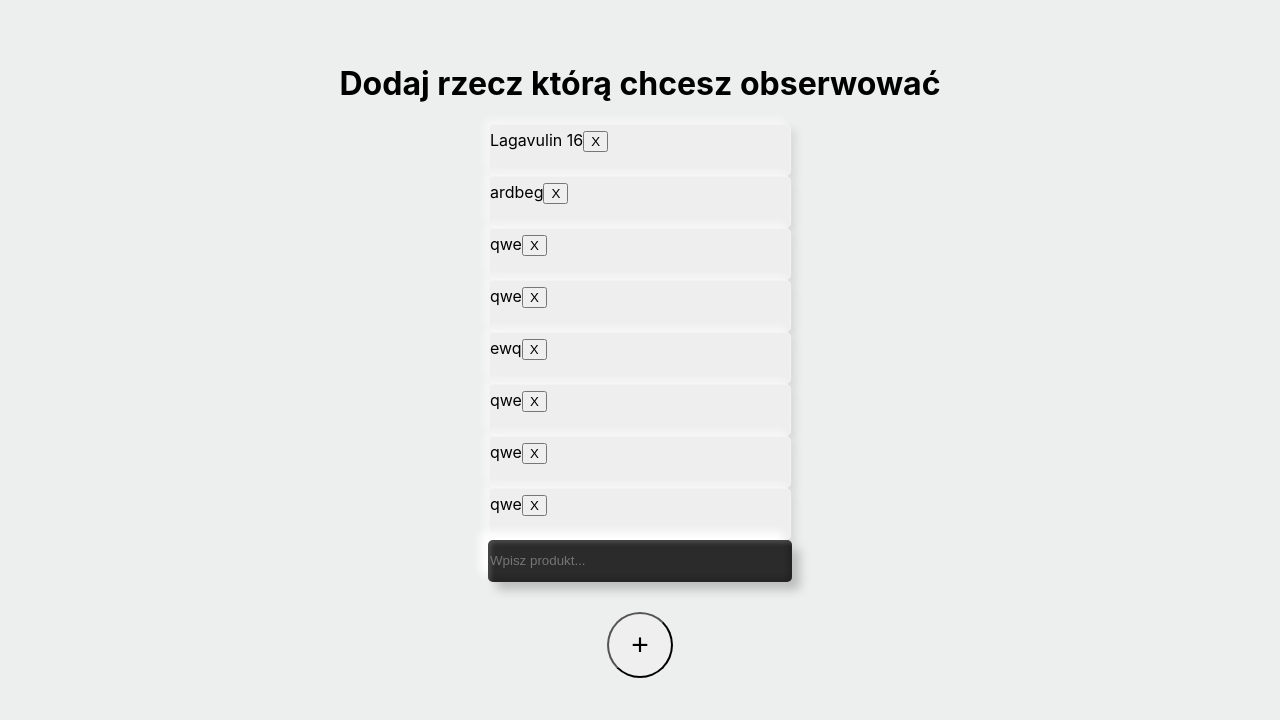
Repository: matedoo/crawler
Page: /MainApp
An editor plug-in stored every save of this project. The page is shown before and after the next save, followed by the edit.
The browser window is 1280 px wide. The pictures show the whole page.
The project was rebuilt for these pictures with package versions that can differ from the ones it lists, and the page was loaded fresh each time. Requests to the local data server were answered from the project's data file. Also part of the build but not shown: src/Components/button.js, src/Components/LoginComponents/LoginApp.js, src/Components/LoginComponents/RegisterApp.js, src/Components/btnContainer.js, src/Components/heading.js, src/Components/LoginComponents/StartApp.js.

Above is the page before, as saved 2020-05-01 18:19:34.

### public/index.html
<!DOCTYPE html>
<html lang="en">
  <head>
    <meta charset="utf-8" />
    <link rel="icon" href="%PUBLIC_URL%/favicon.ico" />
    <meta name="viewport" content="width=device-width, initial-scale=1" />
    <meta name="theme-color" content="#000000" />
    <meta
      name="description"
      content="Web site created using create-react-app"
    />
    <link rel="apple-touch-icon" href="%PUBLIC_URL%/logo192.png" />
    <!--
      manifest.json provides metadata used when your web app is installed on a
      user's mobile device or desktop. See https://developers.google.com/web/fundamentals/web-app-manifest/
    -->
    <link rel="manifest" href="%PUBLIC_URL%/manifest.json" />
    <!--
      Notice the use of %PUBLIC_URL% in the tags above.
      It will be replaced with the URL of the `public` folder during the build.
      Only files inside the `public` folder can be referenced from the HTML.

      Unlike "/favicon.ico" or "favicon.ico", "%PUBLIC_URL%/favicon.ico" will
      work correctly both with client-side routing and a non-root public URL.
      Learn how to configure a non-root public URL by running `npm run build`.
    -->
    <title>Racoon</title>
  </head>
  <body>
    <noscript>You need to enable JavaScript to run this app.</noscript>
    <div id="root"></div>

  </body>
</html>

### src/App.js
import React from 'react';
import LoginApp from './Components/LoginComponents/LoginApp'
import RegisterApp from './Components/LoginComponents/RegisterApp'
import StartApp from './Components/LoginComponents/StartApp'
import MainApp from './Components/MainApp/MainApp'
import {BrowserRouter as Router, Switch, Route} from 'react-router-dom'




class App extends React.Component {

  render(){
    return (
      <Router>
        <Switch>
          <Route path='/' exact component={StartApp}></Route>
          <Route path='/LoginApp' component={LoginApp}></Route>
          <Route path='/RegisterApp' component={RegisterApp}></Route>
          <Route path='/MainApp' component={MainApp}></Route>
        </Switch>
      </Router>
    );
  }
}



export default App;

### src/Components/MainApp/MainApp.js
import React, { useState, useEffect } from 'react';
import styled, {keyframes} from 'styled-components';
import MainAppElement from './MainAppElement'


//http://localhost:4000/items

function MainApp(props) {
  const [inputValue, setInputValue] = useState('')

  const [fetchedData, setFetchedData] = useState([])
  const [dataError, setDataError] = useState(null)
  const [inputError, setInputError] = useState('')
  const [isLoading, setIsLoading] = useState(true)

  useEffect(() => {
    const myFetch = async () => {
      setIsLoading(true)

      try {
        const response = await fetch(`http://localhost:4000/items`)
        const responseParsed = await response.json()

        setIsLoading(false)
        setFetchedData(responseParsed)

      } catch(dataError){
        setIsLoading(false)
        setDataError(dataError)
      }

    }
    myFetch()
  }, [])

  if(isLoading){
    return <LoadSpinner></LoadSpinner>
  }
  if(dataError){
    return <p>Error...</p>
  }

  const handleInputChange = (event) => {
    const { value } = event.target

    setInputValue(value)

  }
  const handleButtonClick = () => {

    if(!inputValue) return;
    if(fetchedData.some(el => el.title === inputValue)){
      setInputError('Ten przedmiot już jest na liście')
      return;
    }else{
      fetch('http://localhost:4000/items', {
        method: 'POST', // or 'PUT'
        headers: {
          'Content-Type': 'application/json',
        },
        body: JSON.stringify({
          title: inputValue
      }),
      })
      .then((response) => response.json())
      .then((data) => {

        setFetchedData([...fetchedData, data])
        setInputError('')
        setInputValue('')
        console.log('Success:', data);
      })
      .catch((error) => {
        console.error('Error:', error);
      });
    }


  }

  const handleElementRemove = (elID) => {
    fetch(`http://localhost:4000/items/${elID}`, {
        method: 'DELETE', // or 'PUT'
      })
      .then(() => {
        setFetchedData(fetchedData.filter(el => el.id !== elID))

      }).catch(err => {
       console.error(err)
      });

  }

    return (
      <LoginAppStyled>
        <h1>Dodaj rzecz którą chcesz obserwować</h1>
        {fetchedData.map((el, index) => (
          <MainAppElement
            key={index}
            value={el.id}
            element={el.title}
            handleCloseClick={handleElementRemove}
          />
        ))}
        <AddInput
          name='listelemt'
          placeholder='Wpisz produkt...'
          value={inputValue}
          onChange={handleInputChange}
        />
        <AddButton onClick={handleButtonClick}></AddButton>
        {!!inputError &&
        <p>{inputError}</p>
        }
      </LoginAppStyled>
    );

}

export default MainApp;

const loadingspin = keyframes`
  from {
    transform: rotate(0deg);
  }

  to {
    transform: rotate(360deg);
  }
`;
const LoadSpinner = styled.div`
  position: absolute;
  top: 50%;
  left: 49%;
  pointer-events: none;
	width: 2.5em;
	height: 2.5em;
	border: 0.4em solid transparent;
	border-color: #eee;
	border-top-color: #000;
	border-radius: 50%;
	animation: ${loadingspin} 1s linear infinite;
`
const AddInput = styled.input`
  width: 300px;
  height: 40px;
  border-radius: 5px;
  border: 0;
  color: #fff;
  box-shadow: -8px -8px 10px 0 #ffffff, 8px 8px 10px 0 rgba(80, 78, 78, 0.3), inset 3px 3px 4px 0 rgba(255, 255, 255, 0.15), inset -4px -4px 4px 0 rgba(17, 16, 16, 0.25);
  background-color: #2b2b2c;
`
const AddButton = styled.button`
  width: 66px;
  height: 66px;
  color: #000;
  border-radius: 50px;
  font-size: 30px;
  margin-top: 30px;
  &:before{
    position: relative;
    content:"+";
  }
`
const LoginAppStyled = styled.div`
   background-color: #edeeee;
   margin: 0;
   padding:0;
   height: 100vh;
   width: 100%;
   display: flex;
   align-items: center;
   justify-content: center;
   flex-direction: column;
`

### src/Components/MainApp/MainAppElement.js
import React from 'react';
import styled from 'styled-components';

function MainAppElement(props){
    const {value, element, handleCloseClick} = props;
    return(
        <ElementStyled value={value}>
            {element}
            <button onClick={ () => handleCloseClick(value)}>X</button>
        </ElementStyled>

    )
}

export default MainAppElement;

const ElementStyled = styled.div`
  width: 300px;
  height: 40px;
  padding-top: 5px;
  padding-bottom: 5px;
  border-radius: 5px;
  box-shadow: -5px -5px 7px 0 rgba(255, 255, 255, 0.5), 5px 5px 7px 0 rgba(194, 193, 192, 0.45);
  border: solid 1px rgba(255, 255, 255, 0.3);
  background-color: #efeeee;
`

### db.json
{
  "items": [
    {
      "title": "Lagavulin 16",
      "id": 1
    },
    {
      "title": "ardbeg",
      "id": 3
    },
    {
      "title": "qwe",
      "id": 4
    },
    {
      "title": "qwe",
      "id": 5
    },

    {
      "title": "ewq",
      "id": 11
    },
    {
      "title": "qwe",
      "id": 12
    },
    {
      "title": "qwe",
      "id": 13
    },
    {
      "title": "qwe",
      "id": 14
    }
  ]
}

Loaded but not shown: src/index.js (common file); src/styles/index.css (common file); src/serviceWorker.js (common file)

After the next save:
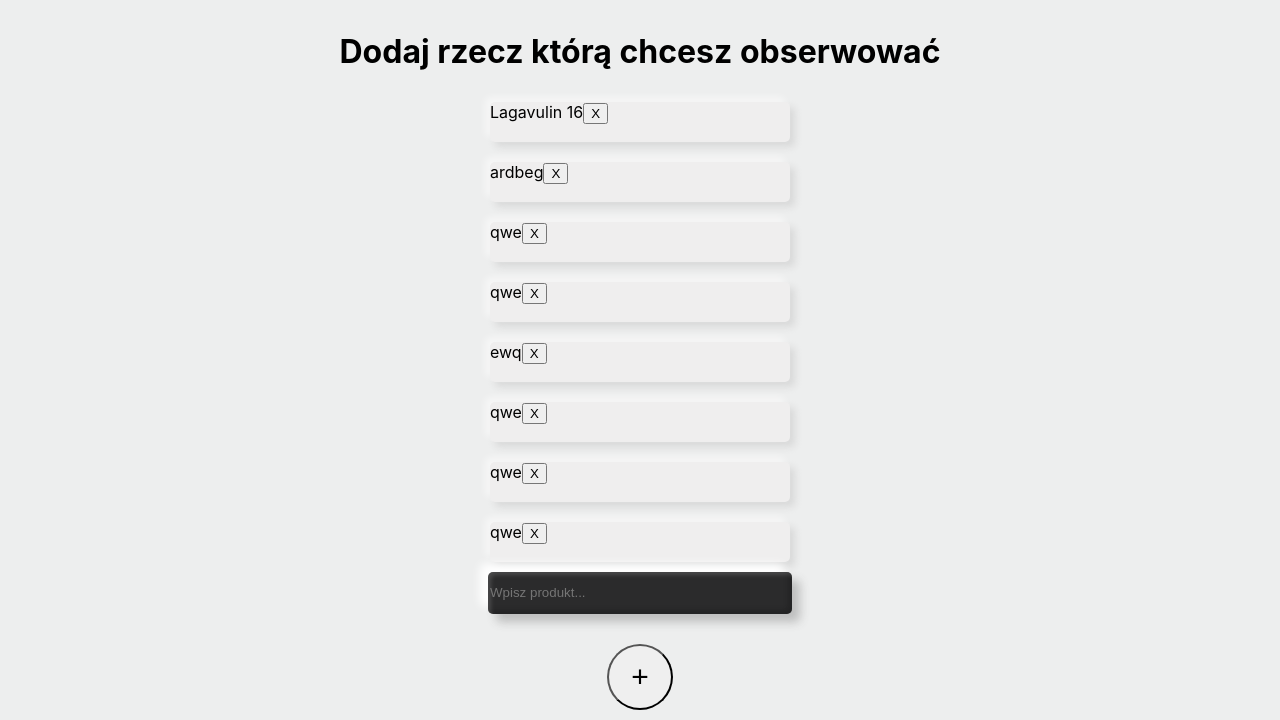
Saved 2 min 1 s later.
--- a/src/Components/MainApp/MainAppElement.js
+++ b/src/Components/MainApp/MainAppElement.js
@@ -17,10 +17,9 @@ export default MainAppElement;
 const ElementStyled = styled.div`
   width: 300px;
   height: 40px;
-  padding-top: 5px;
-  padding-bottom: 5px;
+  margin: 10px 0 10px 0;
   border-radius: 5px;
   box-shadow: -5px -5px 7px 0 rgba(255, 255, 255, 0.5), 5px 5px 7px 0 rgba(194, 193, 192, 0.45);
-  border: solid 1px rgba(255, 255, 255, 0.3);
+  /* border: solid 1px rgba(255, 255, 255, 0.3); */
   background-color: #efeeee;
 `
